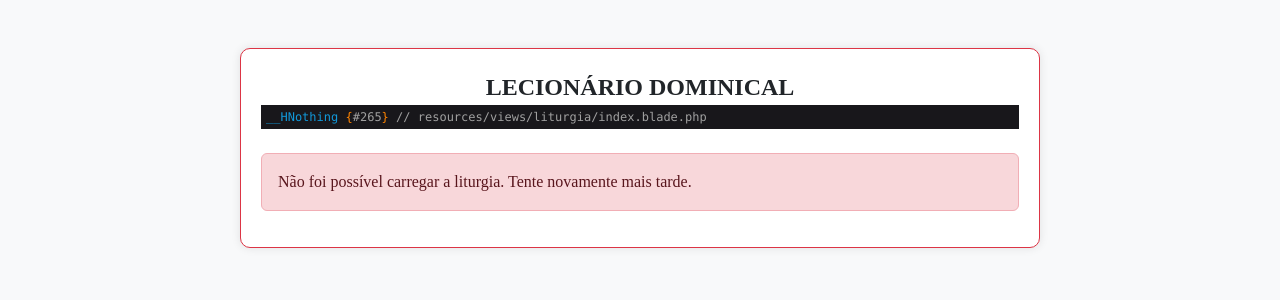
Repository: matheus0810/liturgia-diaria
Page: resources/views/liturgia/index.blade.php
The author's editor kept a copy of each file at every save. The page is drawn from the files as they stood at one save, then again after the next save.
The browser window is 1280 px wide. The pictures show the whole page.
The page is served by the project's Laravel application, run on PHP 8.4 with Laravel 12. The template is opened directly, without the code that normally fills it, so the values that code supplies are empty.

Above is the page before, as saved 2025-02-21 15:26:12.

After the next save:
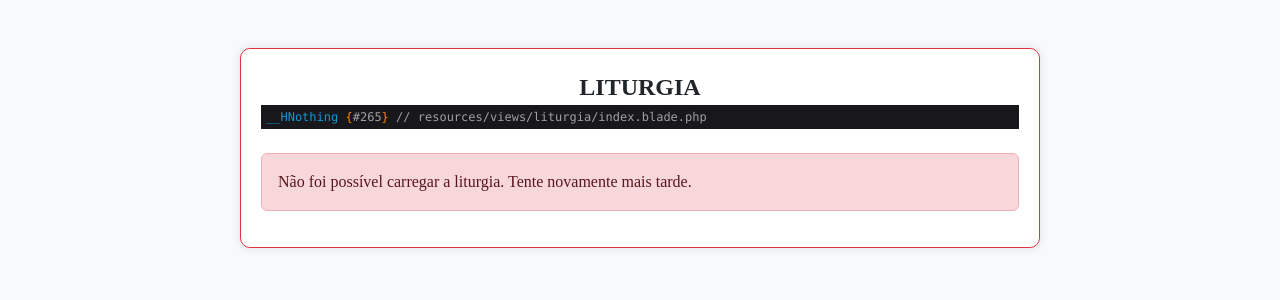
Saved 22 s later.
--- a/resources/views/liturgia/index.blade.php
+++ b/resources/views/liturgia/index.blade.php
@@ -43,7 +43,7 @@
 </head>
 <body>
     <div class="container mt-5 border border-danger">
-        <div class="title">Lecionário Dominical</div>
+        <div class="title">Liturgia</div>
 
         @dump($liturgia)
 
